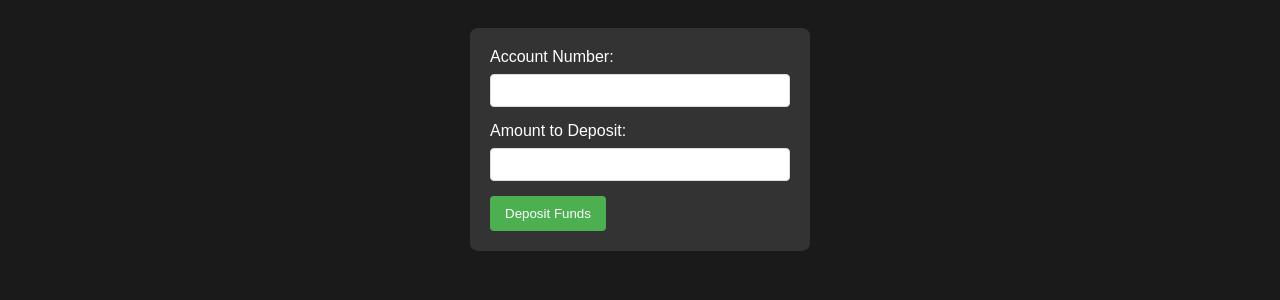
Repository: pritam-parida/HTMLJSCSS
Page: LoginApp/src/main/webapp/Deposit.html
These files come from the project's save history. The page is drawn as it stood at one moment and after the next save; the edit follows.
The browser window is 1280 px wide. The pictures show the whole page.

Above is the page before, as saved 2024-04-24 09:53:57.

### LoginApp/src/main/webapp/Deposit.html
<!DOCTYPE html>
<html>
<head>
    <title>Deposit Funds</title>
    <style>
        body {
            background-color: #1a1a1a;
            color: #fff;
            font-family: Arial, sans-serif;
            padding: 20px;
        }
        form {
            background-color: #333;
            padding: 20px;
            border-radius: 8px;
            width: 300px;
            margin: 0 auto;
        }
        label {
            display: block;
            margin-bottom: 8px;
            color: #fff;
        }
        input[type="text"],
        input[type="number"] {
            width: 100%;
            padding: 8px;
            margin-bottom: 15px;
            border: 1px solid #ddd;
            border-radius: 4px;
            box-sizing: border-box;
            background-color: #fff;
            color: #333;
        }
        input[type="submit"] {
            background-color: #4CAF50;
            color: #fff;
            padding: 10px 15px;
            border: none;
            border-radius: 4px;
            cursor: pointer;
        }
        input[type="submit"]:hover {
            background-color: #45a049;
        }
    </style>
</head>
<body>
    <form action="DepositServlet" method="post">
        <label>Account Number:</label>
        <input type="text" name="num"/>
        <br/>
        <label>Amount to Deposit:</label>
        <input type="number" name="amount"/>
        <br/>
        <input type="submit" value="Deposit Funds" />
    </form>
</body>
</html>

After the next save:
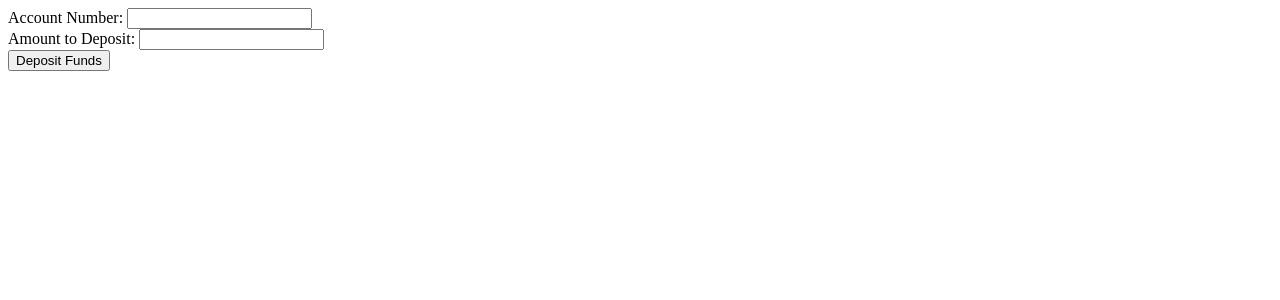
Saved 55 s later.
--- a/LoginApp/src/main/webapp/Deposit.html
+++ b/LoginApp/src/main/webapp/Deposit.html
@@ -2,48 +2,6 @@
 <html>
 <head>
     <title>Deposit Funds</title>
-    <style>
-        body {
-            background-color: #1a1a1a;
-            color: #fff;
-            font-family: Arial, sans-serif;
-            padding: 20px;
-        }
-        form {
-            background-color: #333;
-            padding: 20px;
-            border-radius: 8px;
-            width: 300px;
-            margin: 0 auto;
-        }
-        label {
-            display: block;
-            margin-bottom: 8px;
-            color: #fff;
-        }
-        input[type="text"],
-        input[type="number"] {
-            width: 100%;
-            padding: 8px;
-            margin-bottom: 15px;
-            border: 1px solid #ddd;
-            border-radius: 4px;
-            box-sizing: border-box;
-            background-color: #fff;
-            color: #333;
-        }
-        input[type="submit"] {
-            background-color: #4CAF50;
-            color: #fff;
-            padding: 10px 15px;
-            border: none;
-            border-radius: 4px;
-            cursor: pointer;
-        }
-        input[type="submit"]:hover {
-            background-color: #45a049;
-        }
-    </style>
 </head>
 <body>
     <form action="DepositServlet" method="post">
